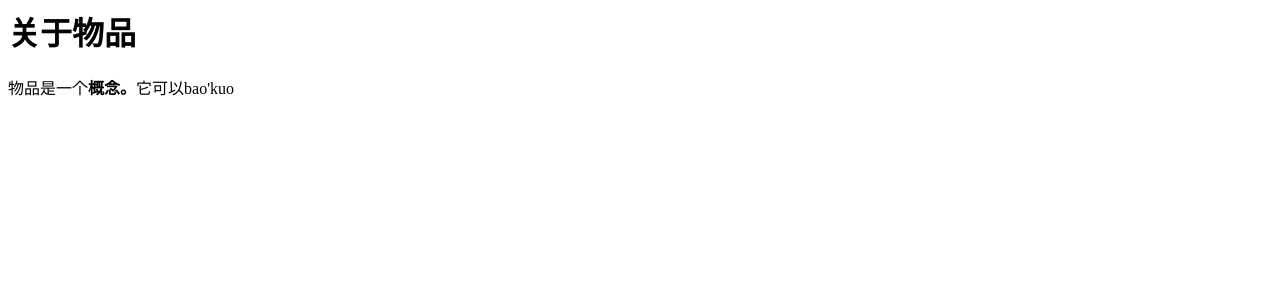
Repository: Yeyuehuke/Webstudy-Feidian
Page: 01-HTMLlearning/02-HTMLBasics/04-BlogProjectAboutMe.html
These files come from the project's save history. The page is drawn as it stood at one moment and after a run of saves; the edit follows.
The browser window is 1280 px wide. The pictures show the whole page.

Above is the page before, as saved 2020-05-17 08:24:26.

After the next 2 saves:
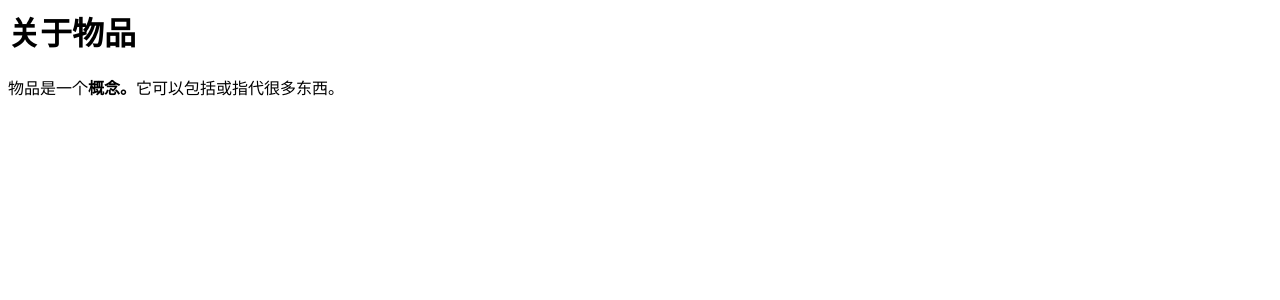
The 2 saves are shown as one change because they came seconds apart.
The last was saved 9 s later.
--- a/01-HTMLlearning/02-HTMLBasics/04-BlogProjectAboutMe.html
+++ b/01-HTMLlearning/02-HTMLBasics/04-BlogProjectAboutMe.html
@@ -5,7 +5,7 @@
     <body>
         <h1><span>关于物品</span></h1>
         <p>
-            物品是一个<strong>概念。</strong>它可以bao'kuo
+            物品是一个<strong>概念。</strong>它可以包括或指代很多东西。
         </p>
     </body>
 </html>
